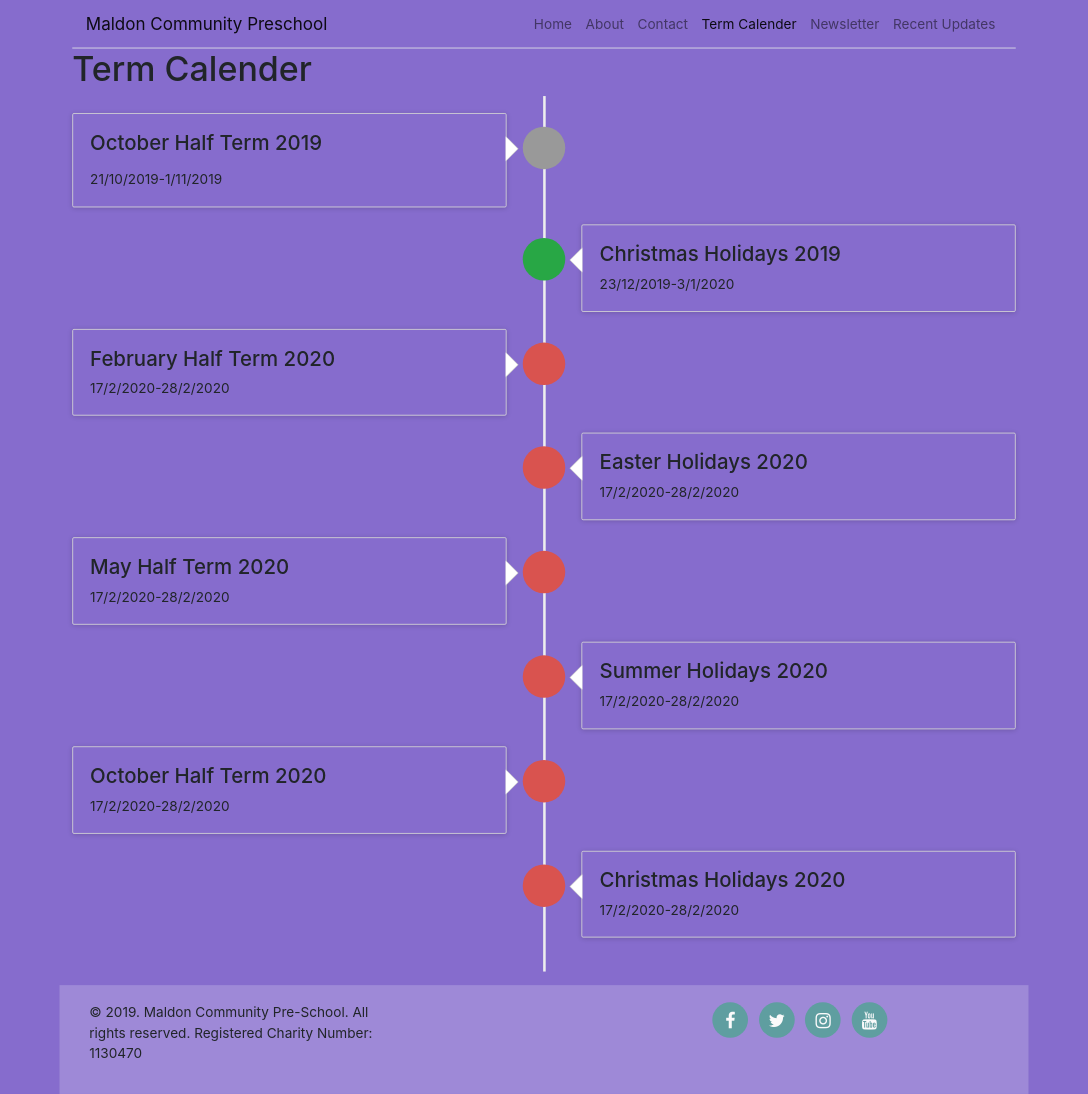
Repository: parkslee/milestone_1
Page: calender.html
The author's editor kept a record of every edit. The page is drawn from the files as they stood at one moment, then again after the next edit.
The browser window is 1280 px wide. The pictures show the whole page, at 85% of full size.
Some web libraries are served in a nearby version.

Above is the page before.

After the next edit:
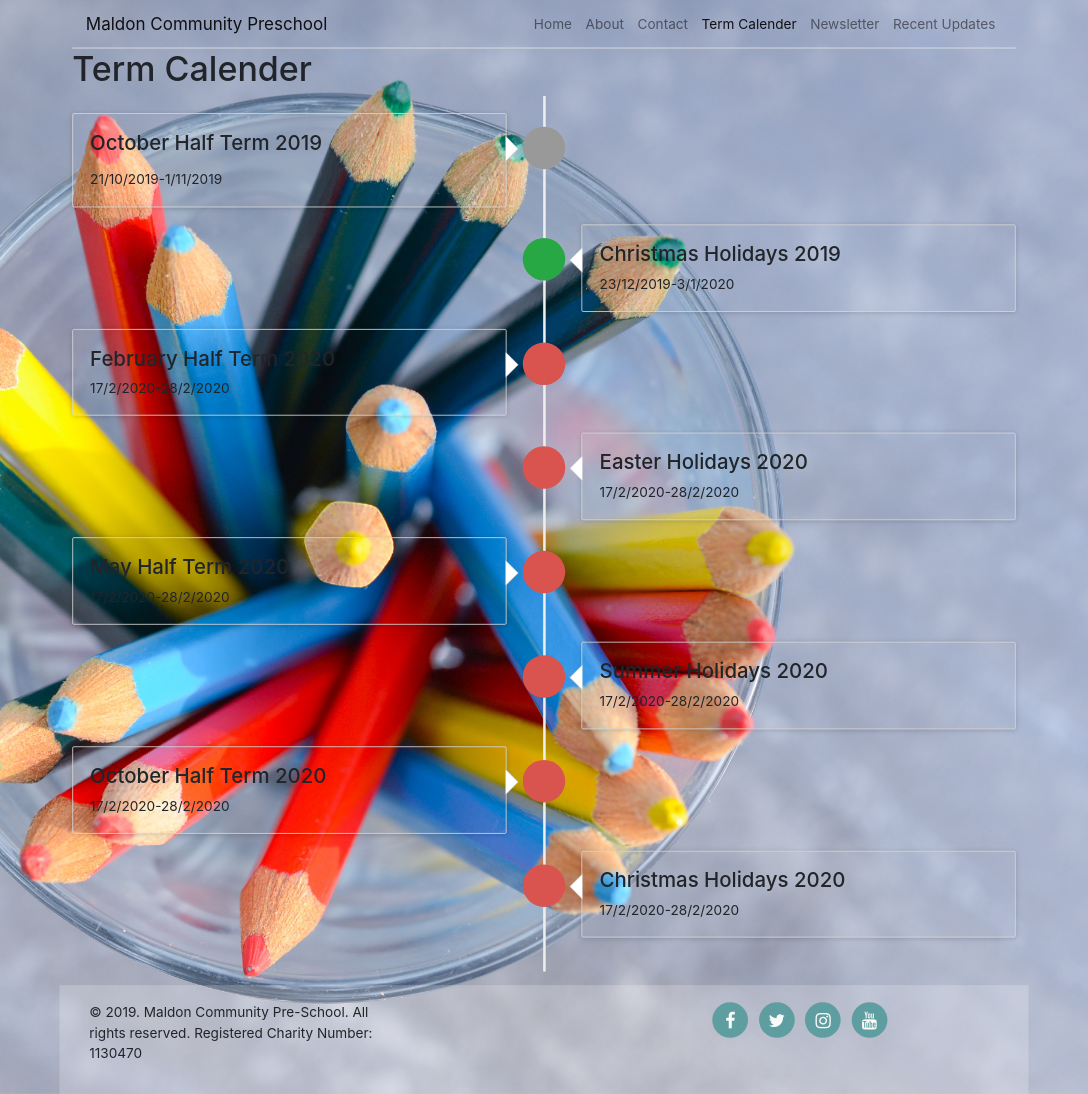
The edit:
--- a/assets/css/style.css
+++ b/assets/css/style.css
@@ -134,7 +134,12 @@
 
 /*-------------------------------------------------------------------------calender---------------*/
 .calender-image{
-    background-color: #866ccd;
+    background-image: url(../images/pencil_glass.jpg);
+    background-size: cover;
+    height: 100%;
+    background-repeat: no-repeat;
+    background-position: 55%;
+
 }
 
 /*------------------------------------------time line--------------------*/
